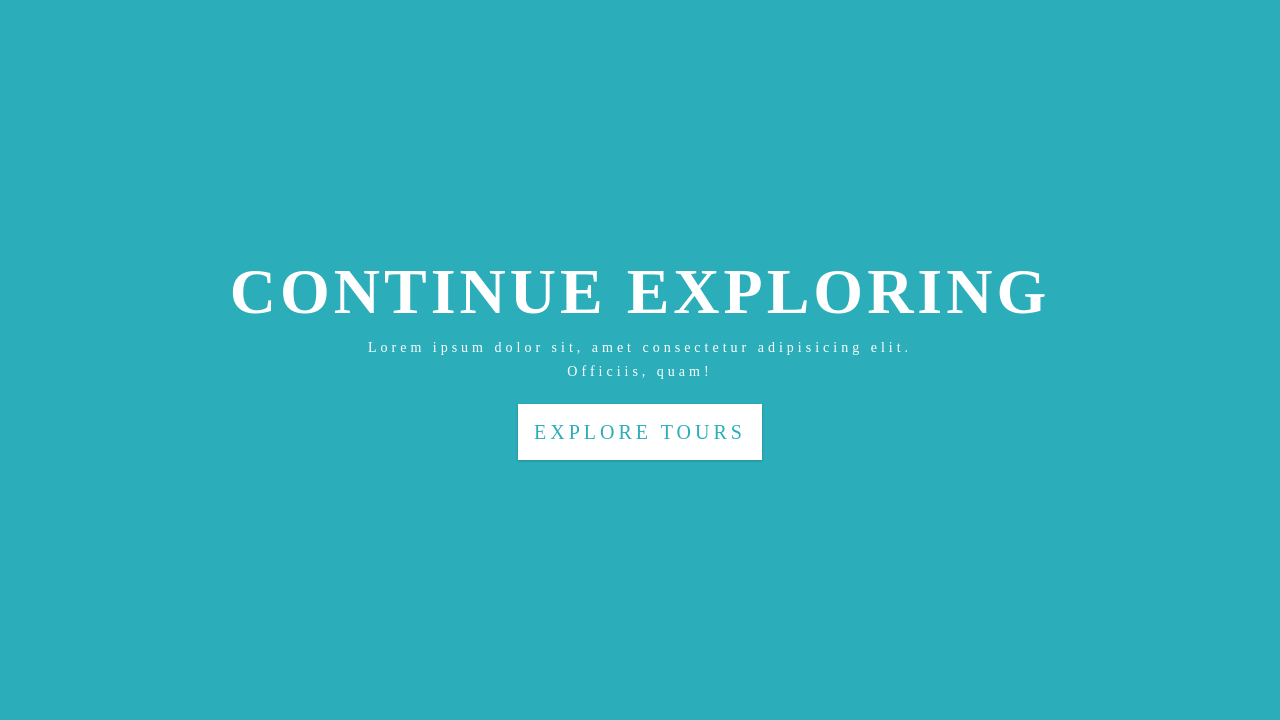
Repository: Ndifoinhilary/flexbox-project
Page: index.html
These files come from the project's save history. The page is drawn as it stood at one moment and after the next save; the edit follows.
The browser window is 1280 px wide. The pictures show the whole page.

Above is the page before, as saved 2024-01-18 14:16:09.

After the next save:
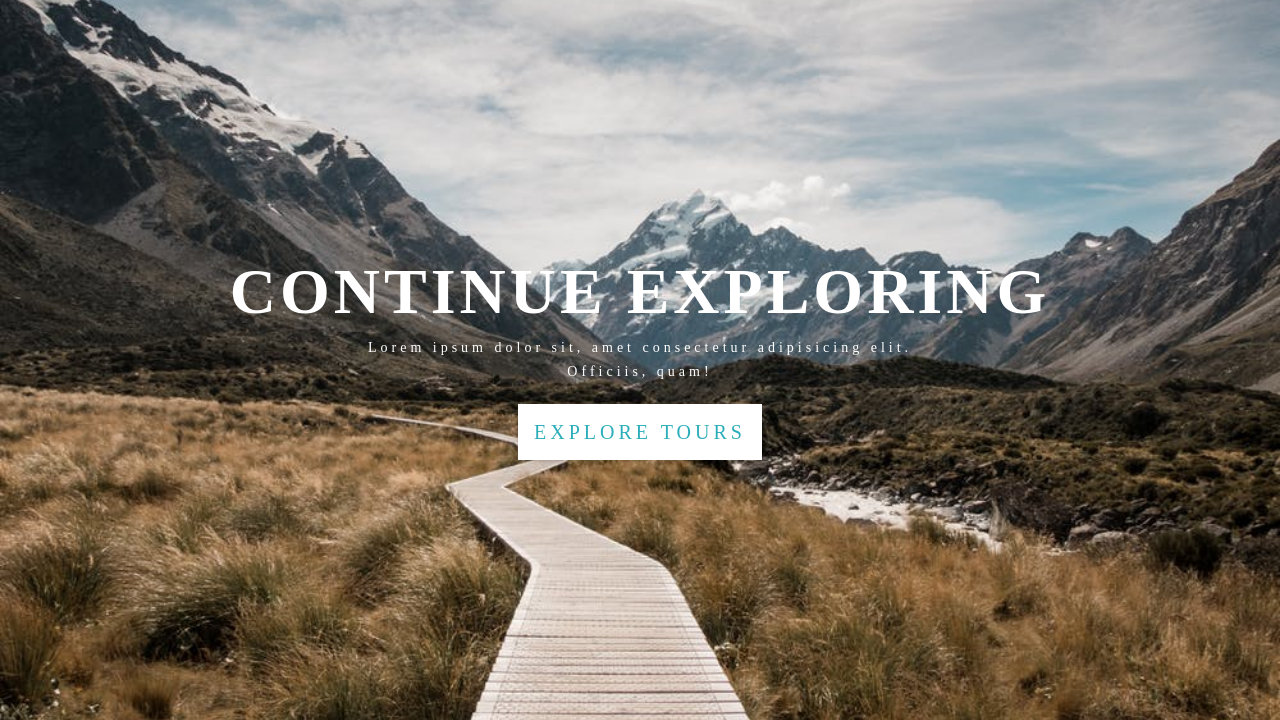
Saved 19 min 25 s later.
--- a/css/main.css
+++ b/css/main.css
@@ -174,4 +174,15 @@ p{
   background: var(--clr-White);
   color: var(--clr-primary-5);
 }
+.hero-btn:hover{
+  background: transparent;
+  color: var(--clr-White);
+  border-color: var(--clr-White);
+}
+@media screen and (min-width:768px) {
+  .hero{
+    background: url('../images/main.jpeg') center/cover no-repeat;
+  }
+
+}
 /* end of hero */
